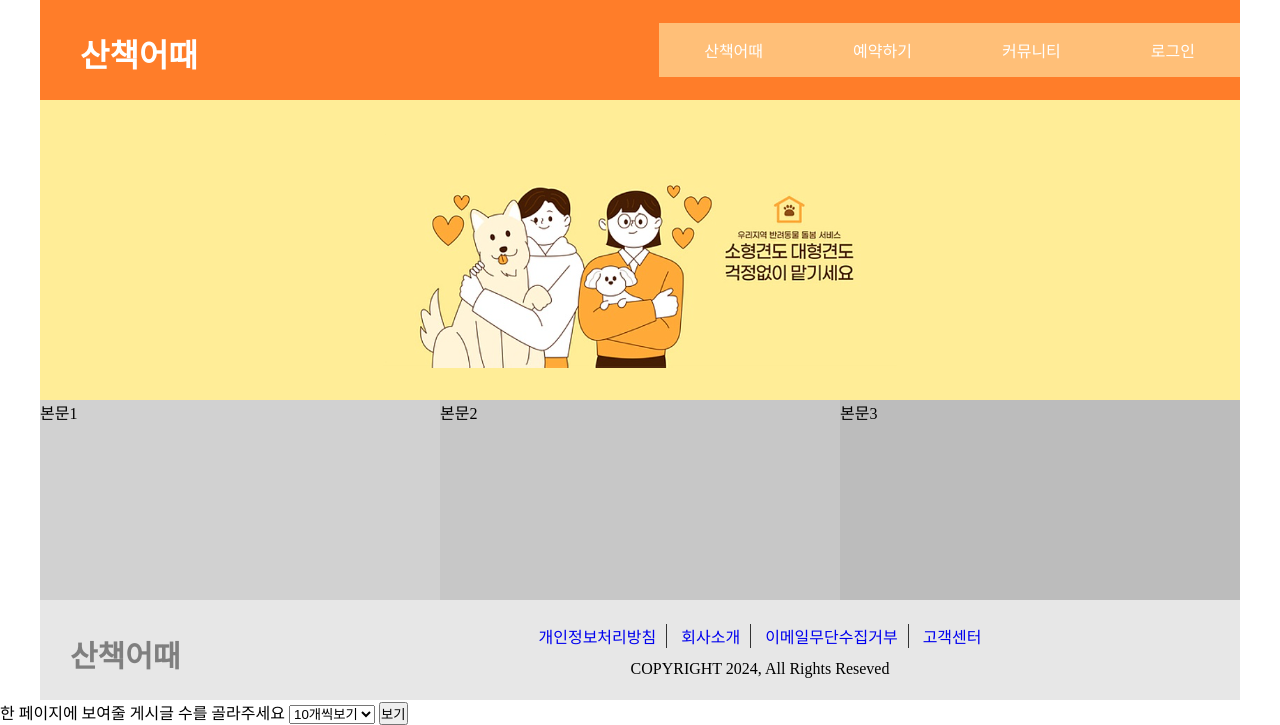
Repository: to-flatwhite1/portfolio
Page: http://localhost/JSP/
These files come from the project's save history. The page is drawn as it stood at one moment and after the next save; the edit follows.
The browser window is 1280 px wide. The pictures show the whole page.
The page is served by Tomcat 9.

Above is the page before, as saved 2024-07-08 02:40:47.

After the next save:
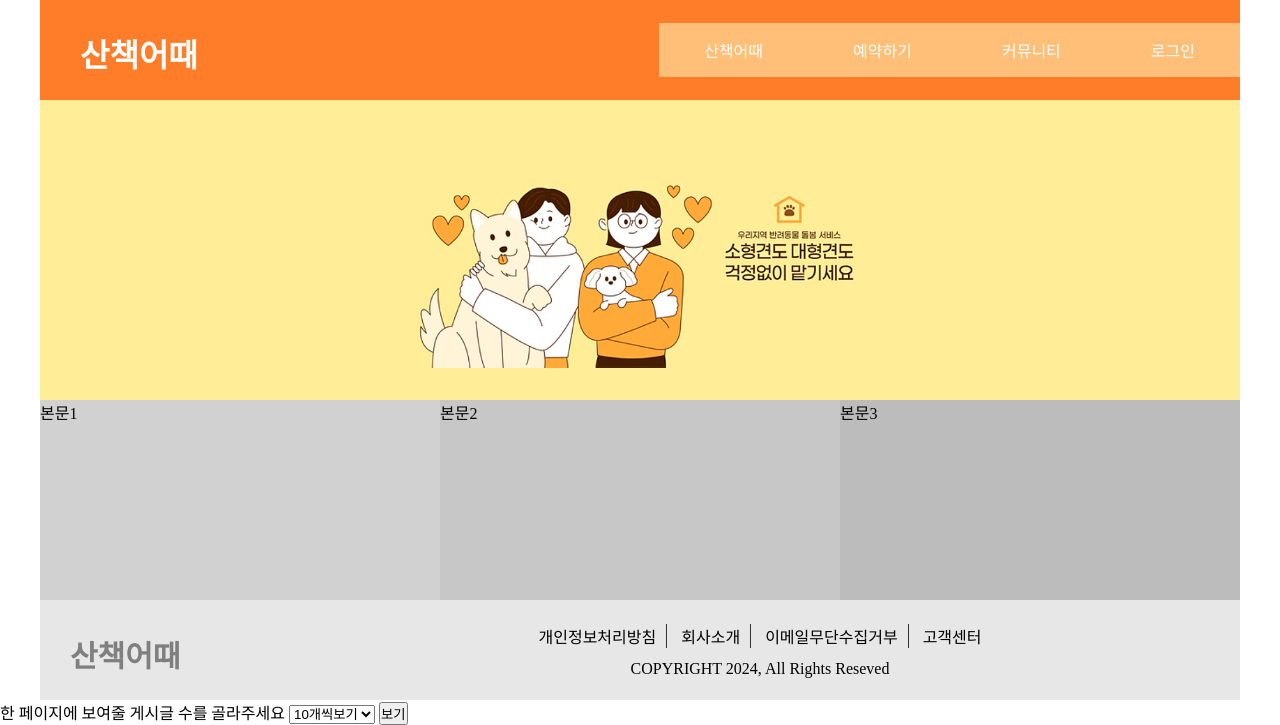
Saved 16 min 47 s later.
--- a/JSP/src/main/webapp/index.css
+++ b/JSP/src/main/webapp/index.css
@@ -6,6 +6,7 @@
 }
 a {
     text-decoration: none;
+     color: inherit;
 }
 
 

After the save that followed:
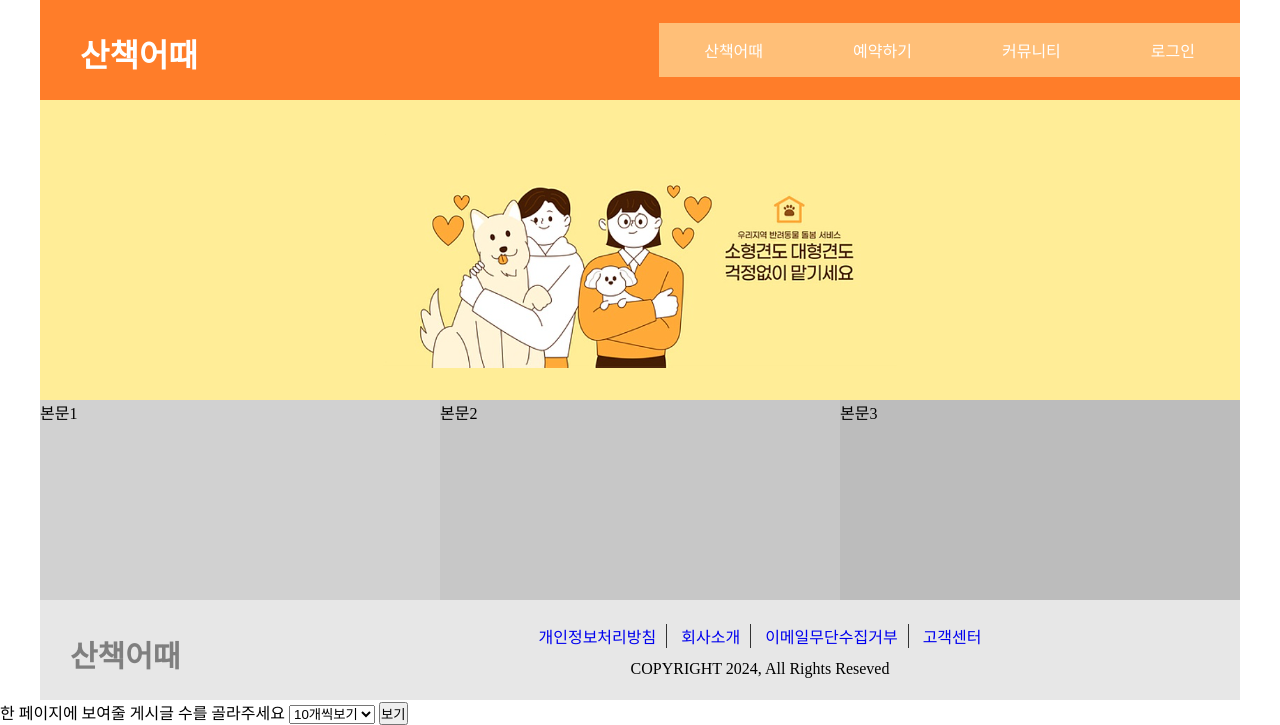
Saved 11 s later.
--- a/JSP/src/main/webapp/index.css
+++ b/JSP/src/main/webapp/index.css
@@ -6,7 +6,7 @@
 }
 a {
     text-decoration: none;
-     color: inherit;
+
 }
 
 
